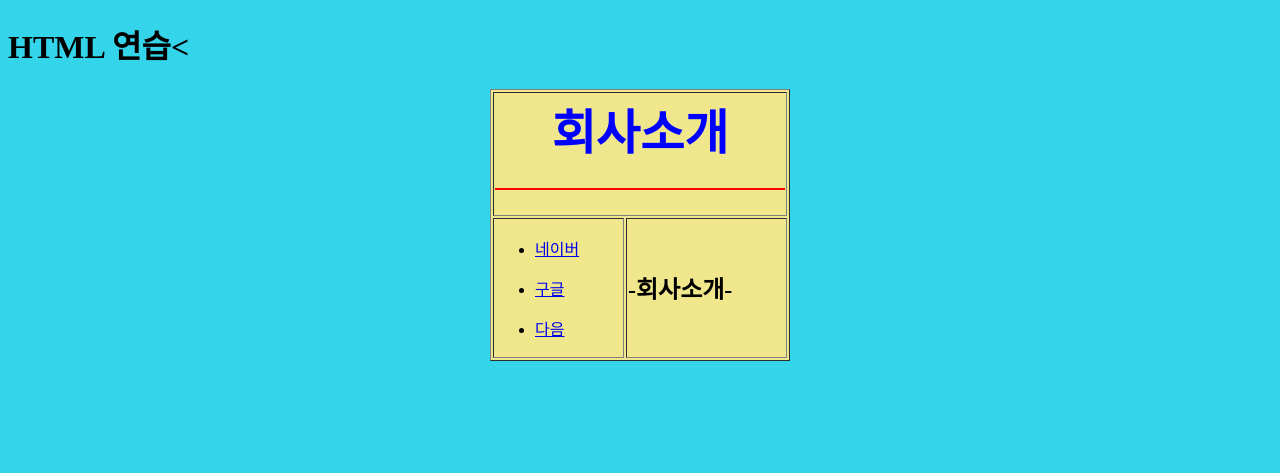
Repository: sika5382/jsp
Page: html/WebContent/NewFile2.html
These files come from the project's save history. The page is drawn as it stood at one moment and after the next save; the edit follows.
The browser window is 1280 px wide. The pictures show the whole page.

Above is the page before, as saved 2020-10-29 08:25:07.

### html/WebContent/NewFile2.html
<!DOCTYPE html>
<html>
<head>
<meta charset="UTF-8">
<title>Insert title here</title>
</head>
<body style="background-color:#34d5eb;">
	<h1>
		HTML 연습<

	</h1>
		<table border="1" align="center" width="300" bgcolor="khaki">

			<tr>
				<th colspan="3">
					<font size="7" color ="blue">회사소개
					<hr color = "Red">
				</th>

			</tr>



			<tr>
				<td>

					<ul>

						<li><a href = "https://www.naver.com/" title="네이버">네이버</li><P>
						<li><a href = "https://www.naver.com/" title="구글">구글</li><p>
						<li><a href = "https://www.naver.com/" title="다음">다음</li><p>

					</ul>
				</td>

				<td>
					<h3>
						<dl>
							<dt><font size="5">-회사소개-</font><dt>

						</dl>


					</h3>
				</td>
			</tr>



	</table>








</body>
</html>

After the next save:
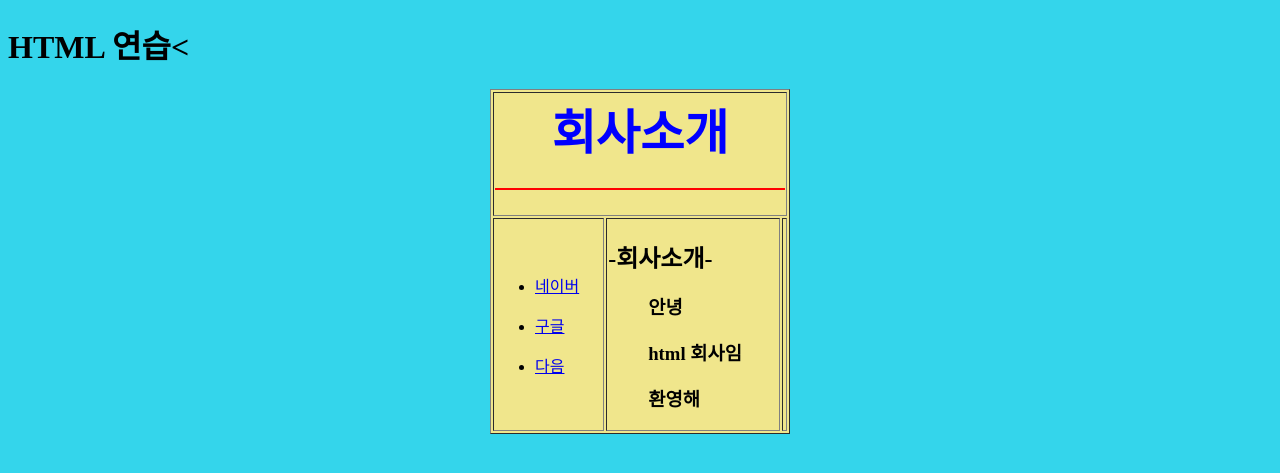
Saved 95 s later.
--- a/html/WebContent/NewFile2.html
+++ b/html/WebContent/NewFile2.html
@@ -37,12 +37,17 @@
 					<h3>
 						<dl>
 							<dt><font size="5">-회사소개-</font><dt>
-
+							<dd>
+								<p>안녕</p>
+								<p>html 회사임</p>
+								<p>환영해</p>
+							</dd>
 						</dl>
-
 
 					</h3>
 				</td>
+				<td align>
+
 			</tr>
 
 
